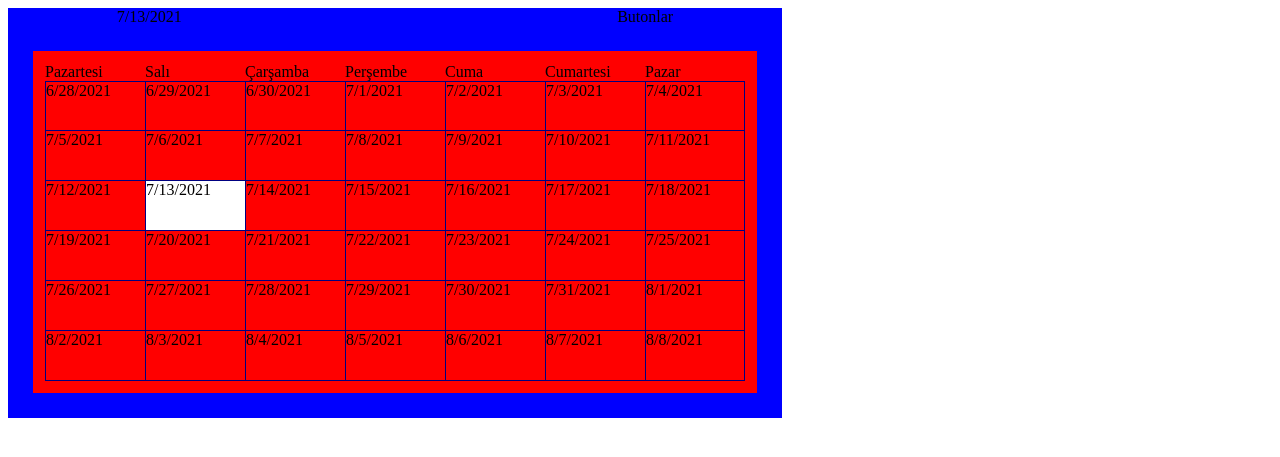
Repository: ahmetbugraozcan/javascript-calendar
Page: tablo.html
The author's editor kept a copy of each file at every save. The page is drawn from the files as they stood at one save, then again after the next save.
The browser window is 1280 px wide. The pictures show the whole page.

Above is the page before, as saved 2021-07-13 10:15:55.

After the next save:
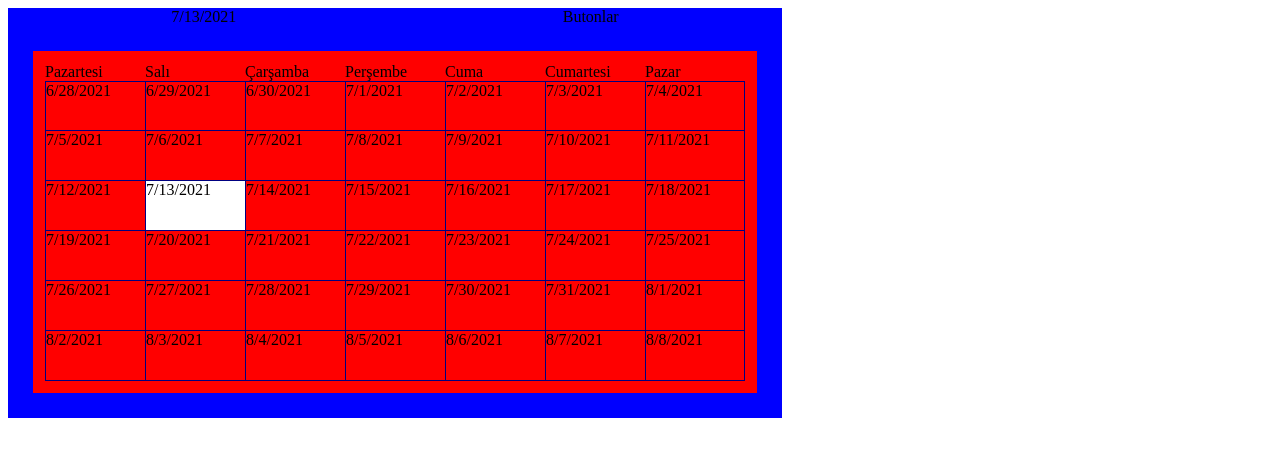
Saved 29 s later.
--- a/tablo.html
+++ b/tablo.html
@@ -65,7 +65,7 @@
 
         <div class="test">
             <span id="currentDate"></span>
-            <span id="firstDate"></span>
+
             <span>Butonlar</span>
         </div>
         <div class="calendar">
